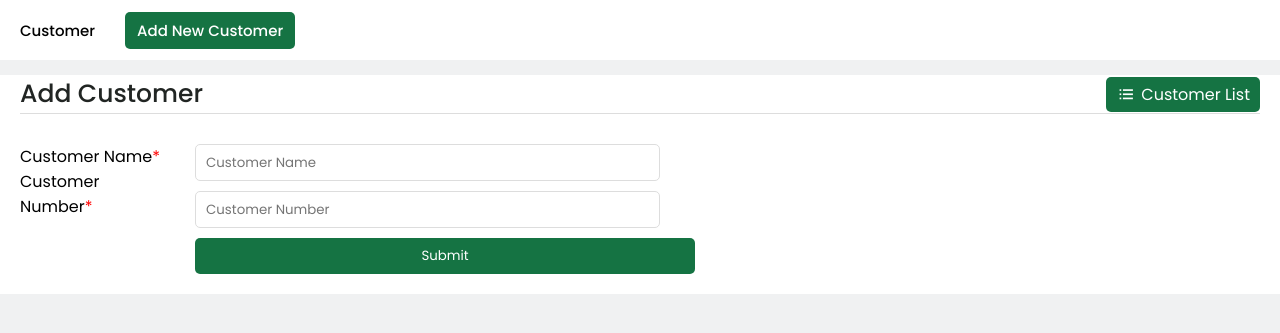
Repository: codebyaddro/customer-page
Page: pages/html/ancus.html
An editor plug-in stored every save of this project. The page is shown before and after a run of saves, followed by the edit.
The browser window is 1280 px wide. The pictures show the whole page.

Above is the page before, as saved 2025-02-20 15:12:09.

### pages/html/ancus.html
<!DOCTYPE html>
<html lang="en">
<head>
    <meta charset="UTF-8">
    <meta name="viewport" content="width=device-width, initial-scale=1.0">
    <!-- CSS -->
    <link rel="stylesheet" href="/pages/css/ancus.css">
    <!-- Icons -->
    <link href='https://unpkg.com/boxicons@2.1.4/css/boxicons.min.css' rel='stylesheet'>
    <title>Add New Customer - Page</title>
</head>
<body style="background-color: var(--gray-white);">
    <div class="cba-add-new-cus-container">
        <div class="cba-ancus-top-menus">
            <ul>
                <li><a href="/index.html" class="cba-ancus-light-up">Customer</a></li>
                <li><a href="/inner-pages/html/anc.html" class="cba-ancus-active-menu">Add New Customer</a></li>
            </ul>
        </div>
        <div class="cba-ancus-add-container">
            <div class="cba-ancus-heading-add-new-btn">
                <div class="cba-ancus-heading">
                    <h2>Add Customer</h2>
                </div>
                <div class="cba-ancus-cate-list-btn">
                    <i class='cba-ancus-add-icon bx bx-list-ul'></i>
                    <a href="/index.html">Customer List</a>
                </div>
            </div>
            <div class="cba-ancus-category-add-field">
                <div class="cba-ancus-form-con">
                    <div class="cba-ancus-label">
                        <label for="customer-name">Customer Name<span class="cba-ancus-required">*</span></label>
                        <label for="customer-number">Customer Number<span class="cba-ancus-required">*</span></label>
                    </div>
                    <div class="cba-ancus-input">
                        <input type="text" name="customer-name" id="customer-name" placeholder="Customer Name">
                        <input type="text" name="customer-number" id="customer-number" placeholder="Customer Number">
                        <div class="cba-ancus-submit-btn">
                            <input type="submit">
                        </div>
                    </div>
                </div>
            </div>
        </div>
    </div>
</body>
</html>

### pages/css/ancus.css
/* -- fonts -- */
@import url('https://fonts.googleapis.com/css2?family=Poppins:ital,wght@0,100;0,200;0,300;0,400;0,500;0,600;0,700;0,800;0,900;1,100;1,200;1,300;1,400;1,500;1,600;1,700;1,800;1,900&family=Raleway:ital,wght@0,100..900;1,100..900&family=Roboto:ital,wght@0,100;0,300;0,400;0,500;0,700;0,900;1,100;1,300;1,400;1,500;1,700;1,900&family=VT323&display=swap');

/* -- root -- */

:root {
    --gray-white: #F0F1F2;
    --white: #FFFFFF;
    --black: #000000;
    --gray-black: #DDDDDD;
    --light-black: #212523;
    --main-green: #157343;
    --main-light: #37A000;
    --light-orange: #FD7E14;
    --green: #008000;
    --light-green: #e9f6ec;
    --red: #FF0000;
    --light-red: #fbeaec;
}

/* --universal style -- */

* {
    margin: 0;
    padding: 0;
    box-sizing: border-box;
    font-family: "Poppins", serif;
}

/* -- website app text selection cursor style */

::selection {
    color: var(--white);
    background-color: var(--main-light);
}

/* -- add new container style -- */

.cba-add-new-cus-container {
    width: 100%;
}

/* -- top menus style--  */

.cba-ancus-top-menus {
    background-color: var(--white);
    display: flex;
    justify-content: left;
    align-items: center;
    height: 60px;
    padding: 0px 40px;
    margin-bottom: 15px;
}

.cba-ancus-top-menus ul {
    list-style-type: none;
    display: flex;
    gap: 30px;
    margin-left: -20px;
}

.cba-ancus-top-menus ul li a {
    text-decoration: none;
    color: var(--black);
    font-size: 15px;
    font-weight: 500;
}

/* -- active menu style -- */

.cba-ancus-active-menu {
    color: var(--white)!important;
    background-color: var(--main-green);
    padding: 8px 12px;
    border-radius: 5px;
}

/* -- menu hover style -- */

.cba-ancus-light-up:hover {
    color: var(--light-orange);
}

/* -- list container style -- */

.cba-ancus-add-container {
    background-color: var(--white);
    padding: 0px 20px;
}

/* -- heading-add-new-btn style -- */

.cba-ancus-heading-add-new-btn {
    display: flex;
    justify-content: space-between;
    align-items: center;
    border-bottom: 1px solid var(--gray-black);
}

.cba-ancus-heading h2 {
    color: var(--light-black);
    font-size: 25px;
    font-weight: 500;
}

/* -- add-new-btn style -- */

.cba-ancus-cate-list-btn {
    display: flex;
    gap: 5px;
    justify-content: baseline;
    align-items: center;
}

.cba-ancus-cate-list-btn {
    background-color: var(--main-green);
    padding: 5px 10px;
    border-radius: 5px;
}

.cba-ancus-cate-list-btn a {
    color: var(--white);
    text-decoration: none;
}

.cba-ancus-add-icon {
    color: var(--white);
    font-size: 20px;
}

/* -- category add field style -- */

/* -- label red star style -- */
.cba-ancus-required {
    color: var(--red);
}

.cba-ancus-category-add-field {
    width: 50%;
    padding-top: 30px;
    padding-bottom: 20px;
}

.cba-ancus-form-con {
    display: grid;
    gap: 20px;
    grid-template-columns: 25% 75%;
}

.cba-ancus-form-con .cba-ancus-label {
    display: flex;
    justify-content: left;
    flex-direction: column;
}

.cba-ancus-form-con input {
    display: flex;
    justify-content: left;
    flex-direction: column;
    width: 500px;
}

.cba-ancus-form-con .label label {
    color: var(--light-black);
    font-size: 15px;
    font-weight: 500;
    margin-bottom: 22.5px;
}

input[type="text"] {
    width: 100%;
    padding: 7.5px 10px;
    border: 1px solid var(--gray-black);
    border-radius: 5px;
    outline: none;
    margin-top: 0px;
    margin-bottom: 10px;
}

select {
    width: 100%;
    padding: 7.5px 10px;
    border: 1px solid var(--gray-black);
    border-radius: 5px;
    outline: none;
    appearance: none;
}

.submit-btn {
    display: flex;
    justify-content: right;
    margin-top: 10px;
}

input[type="submit"] {
    background-color: var(--main-green);
    color: var(--white);
    border: none;
    border-radius: 5px;
    padding: 8px 12px;
    cursor: pointer;
}

After the next 3 saves:
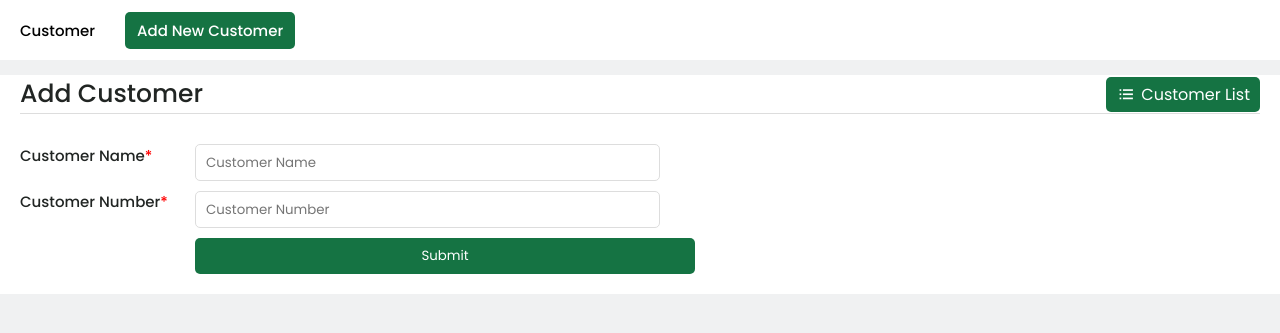
The 3 saves are shown as one change because they came seconds apart.
The last was saved 18 s later.
--- a/pages/css/ancus.css
+++ b/pages/css/ancus.css
@@ -160,7 +160,7 @@
     width: 500px;
 }
 
-.cba-ancus-form-con .label label {
+.cba-ancus-form-con label {
     color: var(--light-black);
     font-size: 15px;
     font-weight: 500;
